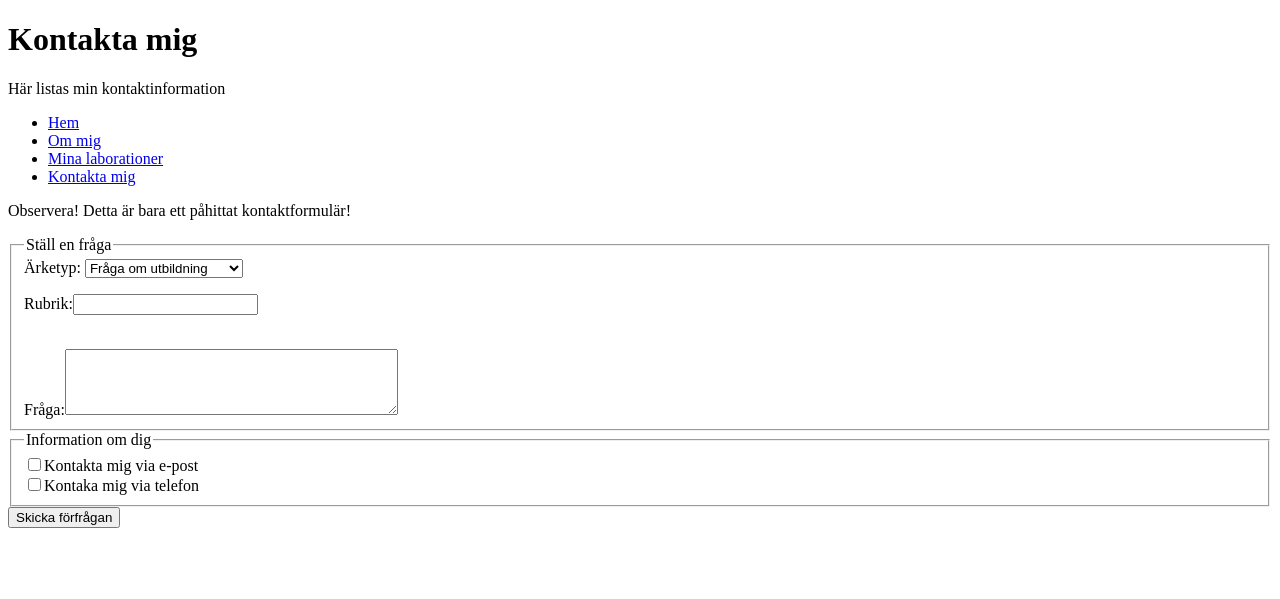
Repository: Holmewi/1ik415-jh222qr-laborationer
Page: pages/kontakt.html
The author's editor kept a record of every edit. The page is drawn from the files as they stood at one moment, then again after the next edit.
The browser window is 1280 px wide. The pictures show the whole page.

Above is the page before.

### pages/kontakt.html
<!DOCTYPE HTML>
<html>
    <head>
        <meta charset="utf-8">
        <title>Kontakta mig - Här listas min kontaktinformation</title>
    </head>
    <body>
        <h1>Kontakta mig</h1>
        <p>Här listas min kontaktinformation</p>

        <div>
            <ul>
                <li><a href="../index.html">Hem</a></li>
                <li><a href="presentation.html">Om mig</a></li>
                <li><a href="laborationer.html">Mina laborationer</a></li>
                <li><a href="kontakt.html">Kontakta mig</a></li>
            </ul>
        </div>

        <p>Observera! Detta är bara ett påhittat kontaktformulär!</p>

        <form id="input" action="http://voyager.lnu.se/tekinet/kurser/dtt/wp_webbintro/form.php" method="post">
            <fieldset>
                <legend>Ställ en fråga</legend>

                Ärketyp:
                <select>
                    <option value="utbildning">Fråga om utbildning</option>
                    <option value="kurs">Fråga om kurs</option>
                    <option value="hyra">Fråga om anställning</option>
                    <option value="webbplatsen">Fråga om webbplatsen</option>
                    <option value="privat">Ställ en privat fråga</option>
                </select>
                <br>
                <p>Rubrik:<input type="text" id="header"/></p>
                <br>
                Fråga:<textarea id="question" rows="4" cols="39"></textarea>
            </fieldset>
            <fieldset>
                <legend>Information om dig</legend>
                <input type="checkbox" id="e-post"/>Kontakta mig via e-post<br>
                <input type="checkbox" id="telefon"/>Kontaka mig via telefon<br>
            </fieldset>
            <input type="Submit" value="Skicka förfrågan">
        </form>


    </body>
</html>

After the next edit:
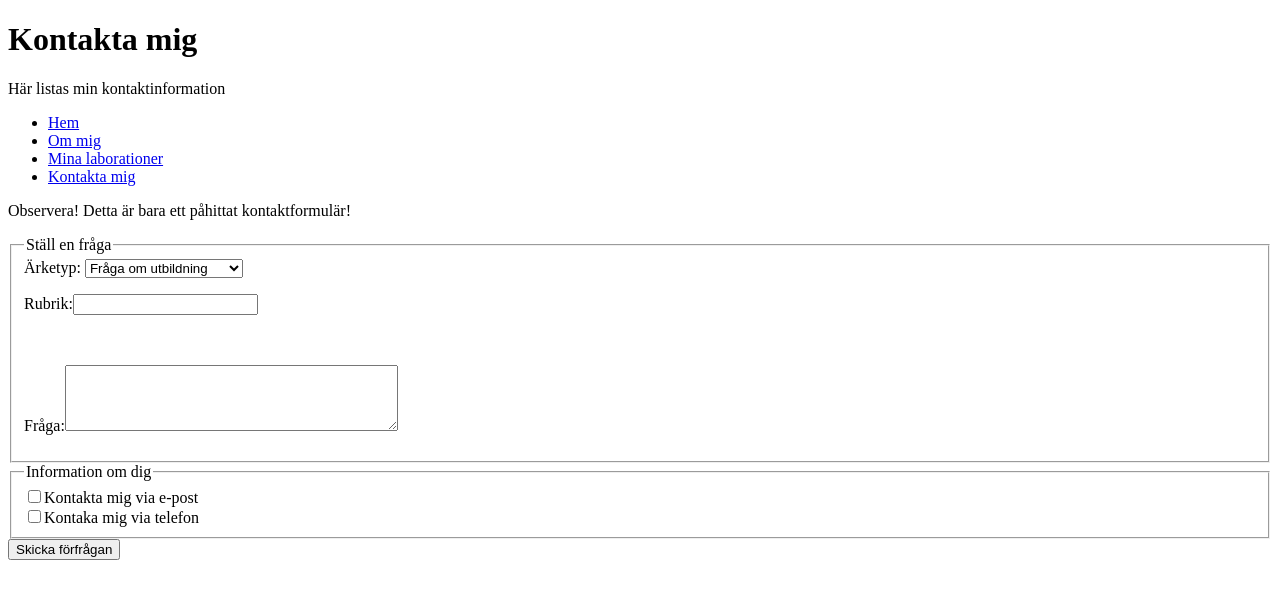
The edit:
--- a/pages/kontakt.html
+++ b/pages/kontakt.html
@@ -34,7 +34,7 @@
                 <br>
                 <p>Rubrik:<input type="text" id="header"/></p>
                 <br>
-                Fråga:<textarea id="question" rows="4" cols="39"></textarea>
+                <p>Fråga:<textarea id="question" rows="4" cols="39"></textarea>
             </fieldset>
             <fieldset>
                 <legend>Information om dig</legend>
